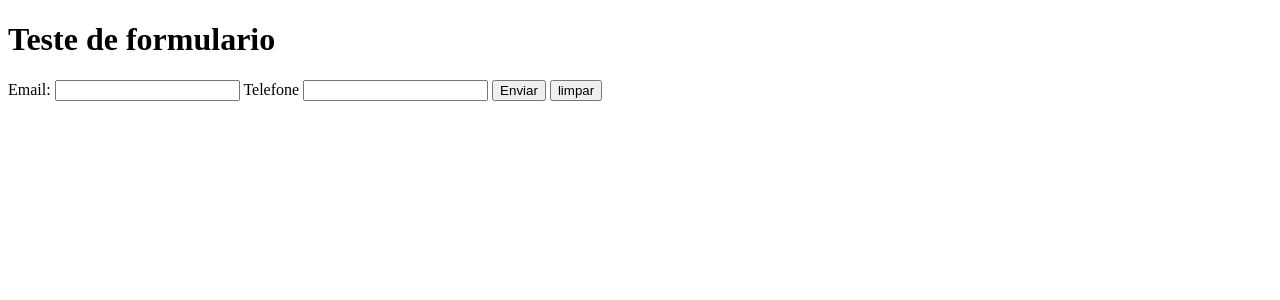
Repository: Lucianorodriguesdev/cursoHTML-CSS
Page: ex025/form004.html
The author's editor kept a copy of each file at every save. The page is drawn from the files as they stood at one save, then again after the next save.
The browser window is 1280 px wide. The pictures show the whole page.

Above is the page before, as saved 2026-07-08 10:33:57.

After the next save:
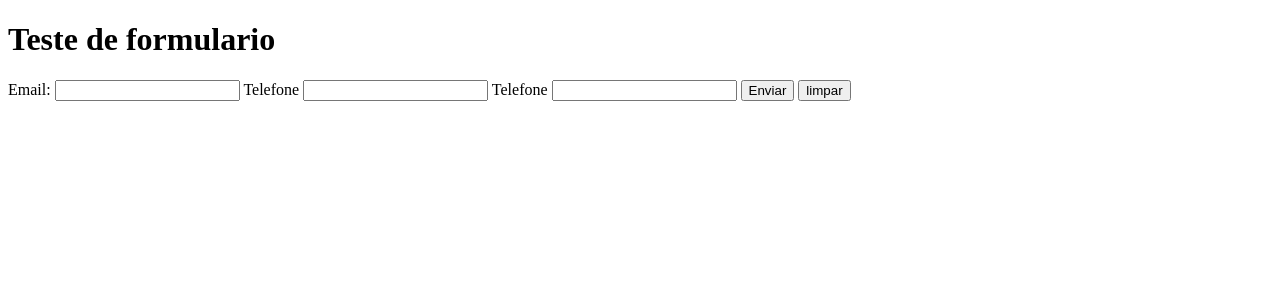
Saved 2 min 34 s later.
--- a/ex025/form004.html
+++ b/ex025/form004.html
@@ -15,6 +15,9 @@
         <label for="inumero">Telefone</label>
         <input type="tel" name="numero" id="inumero" required autocomplete="tel" pattern="^[0-9]{4}-[0-9]{4}$">
 
+        <label for="itel">Telefone</label>
+        <input type="tel" name="telefone" id="itel" required autocomplete="tel" pattern="^(/)$">
+
         <!--uso de RegEx-->
 
         <input type="submit" value="Enviar">
